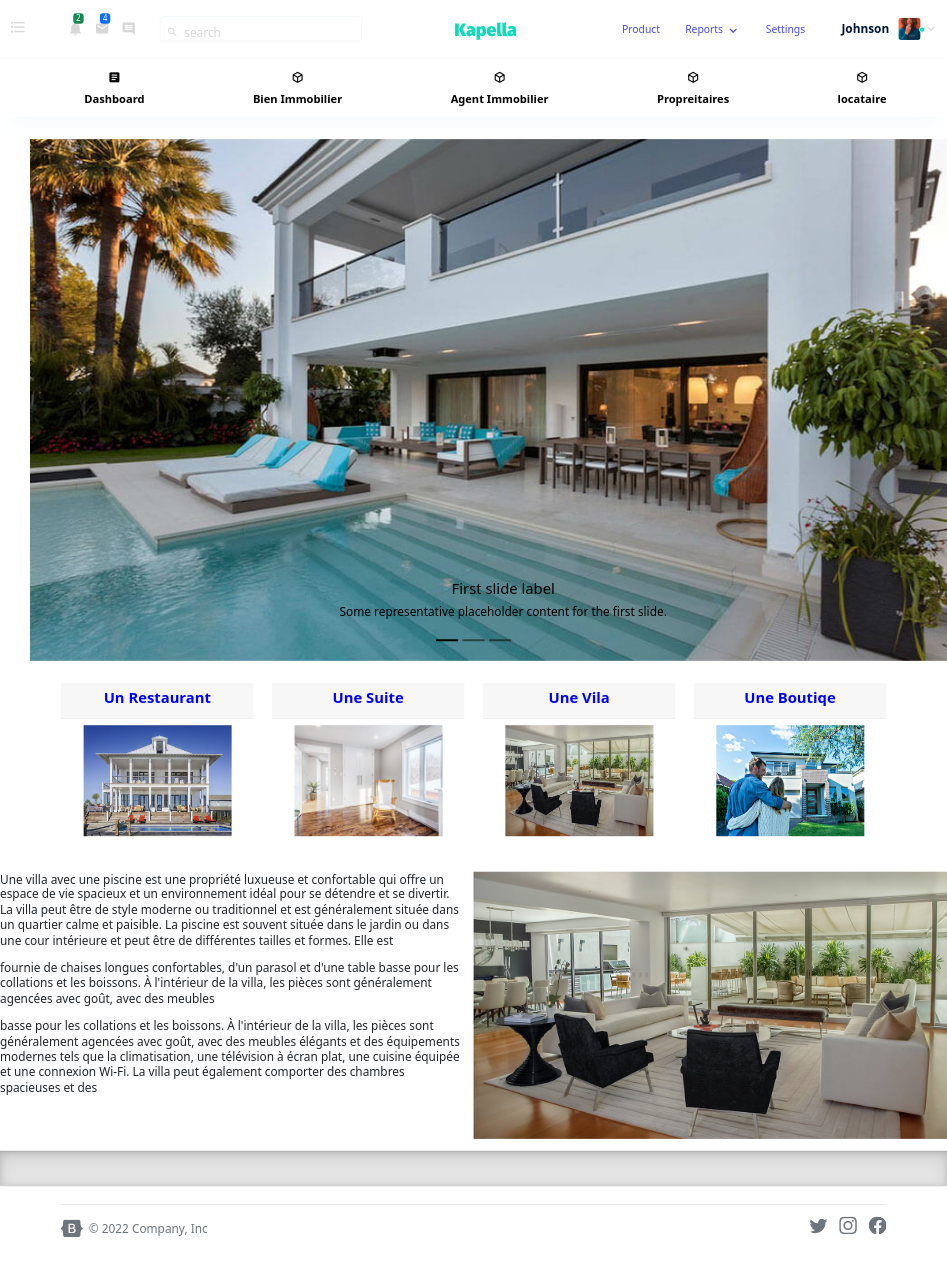
Repository: dimitri0004/Bien
Page: templates/dashbord/index.html.twig
The author's editor kept a copy of each file at every save. The page is drawn from the files as they stood at one save, then again after the next save.
The browser window is 1280 px wide. The pictures show the whole page, at 74% of full size.
The page is a Twig template of a Symfony application; nobody is signed in and links lead nowhere. The template is opened directly, without the code that normally fills it, so the values that code supplies are empty.

Above is the page before, as saved 2023-04-05 02:03:29.
Console error: TypeError: Cannot read properties of null (reading 'addEventListener')

After the next save:
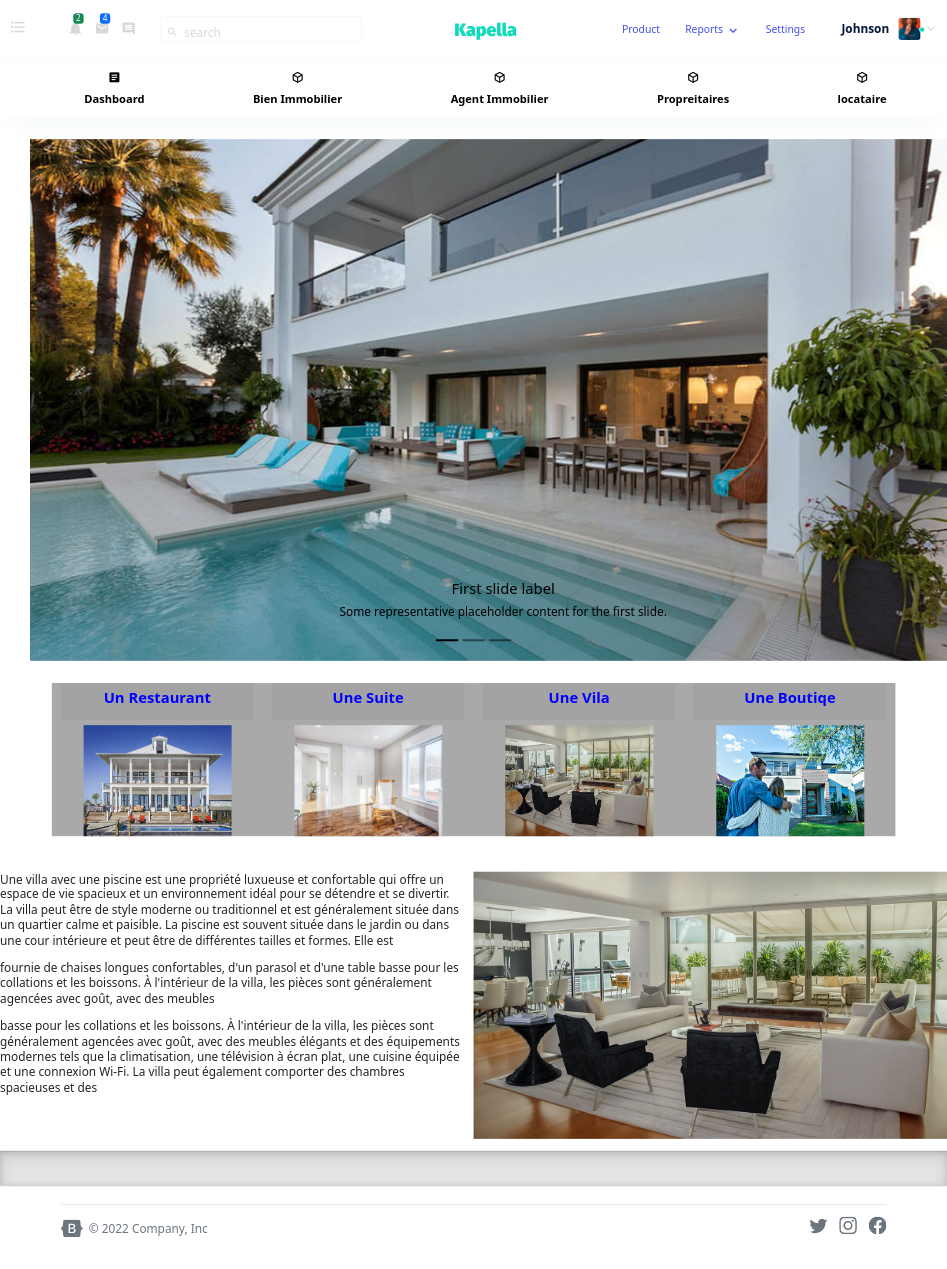
Saved 78 s later.
--- a/templates/dashbord/index.html.twig
+++ b/templates/dashbord/index.html.twig
@@ -43,7 +43,7 @@
         </button>
       </div>
 
-    <div class="container text-center" style="margin-bottom: 20px; color:red;">
+    <div class="container text-center" style="margin-bottom: 20px; background-color:darkgray;">
         <div class="row" >
             <div class="col" >
                 <div class="card-header">

After the save that followed:
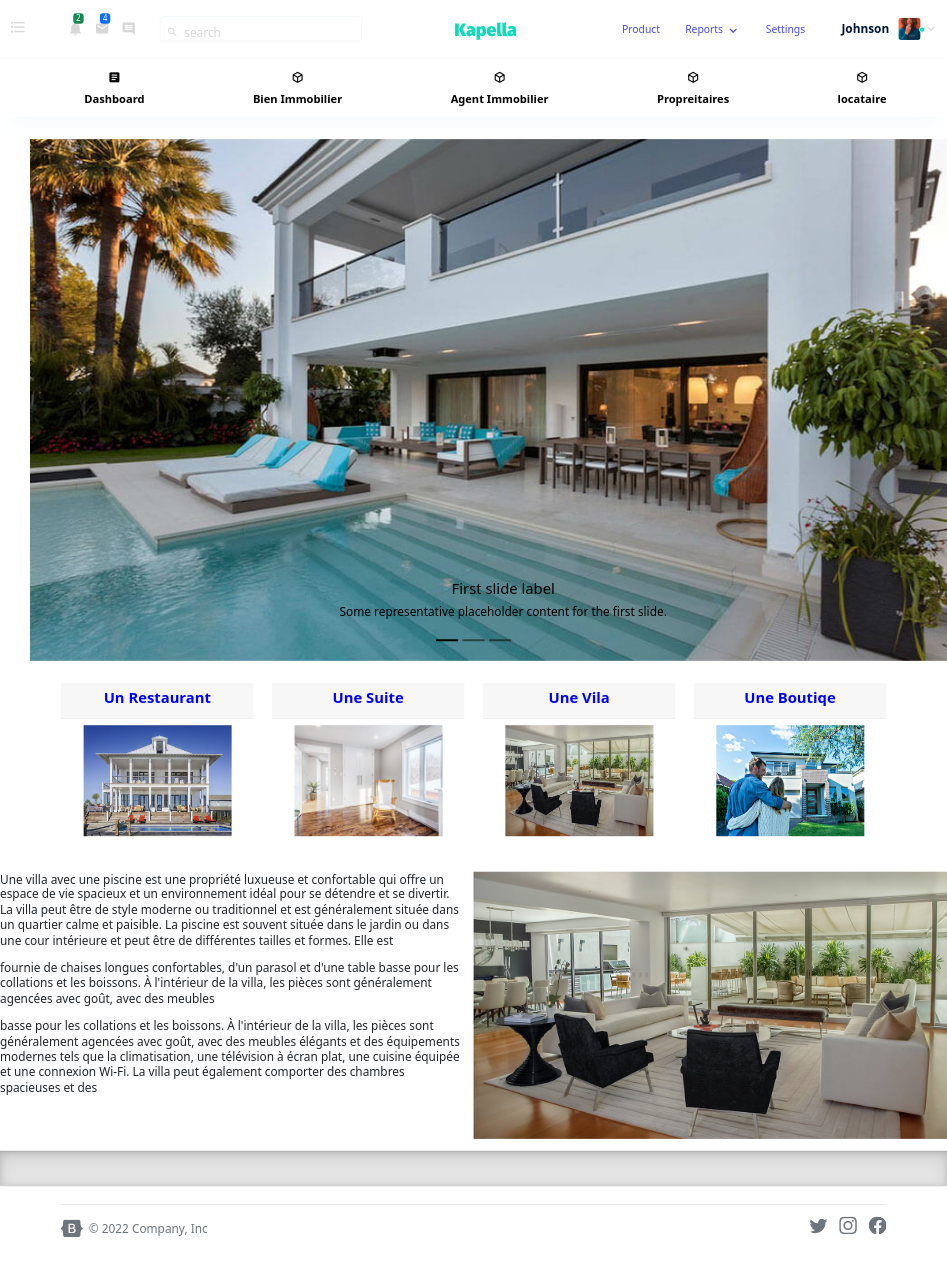
Saved 46 s later.
--- a/templates/dashbord/index.html.twig
+++ b/templates/dashbord/index.html.twig
@@ -43,7 +43,7 @@
         </button>
       </div>
 
-    <div class="container text-center" style="margin-bottom: 20px; background-color:darkgray;">
+    <div class="container text-center" style="margin-bottom: 20px; ">
         <div class="row" >
             <div class="col" >
                 <div class="card-header">
